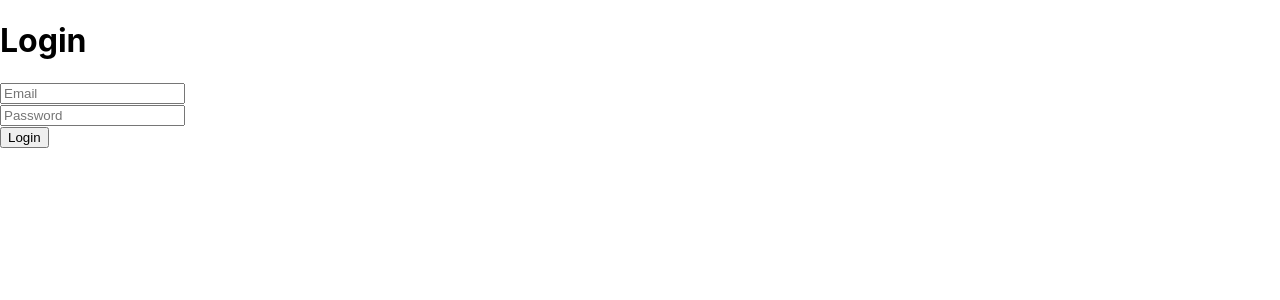
Repository: NikaMana/loft-taxi
Page: /
These files come from the project's save history. The page is drawn as it stood at one moment and after the next save; the edit follows.
The browser window is 1280 px wide. The pictures show the whole page.
The project was rebuilt for these pictures with package versions that can differ from the ones it lists, and the page was loaded fresh each time. Also part of the build but not shown: src/App.css, src/Map/Map.tsx, src/Profile/Profile.tsx, src/Nav/Nav.tsx.

Above is the page before, as saved 2019-10-29 11:59:09.

### src/App.tsx
import React from 'react';
import './App.css';
import Login from './Login';
import Map from './Map';
import Profile from './Profile';
import Nav from './Nav';

export interface AppProps {}

export interface AppState {}

class App extends React.Component<AppProps, AppState> {
  state = {
    path: 'login'
  }

  setPath = (path: string) => {
    this.setState({ path });
  };

  setComponent = () => {
    const { path } = this.state;
    switch (path) {
      case "map":
        return <Map />;
      case "profile":
        return <Profile />;

      default:
        return <Login />;
    }
  };

  render() {
    const { path } = this.state;
    return <div>
      {path !== "login" && <Nav setPath={this.setPath}></Nav>}
      <div>{this.setComponent()}</div>
    </div> ;
  }
}

export default App;

### src/Map/index.tsx
export {default} from './Map'

### src/Nav/index.tsx
export {default} from './Nav'

### src/Login/Login.tsx
import React from 'react';
import Nav from '../Nav';

export interface LoginProps {}

export interface LoginState {}

class Login extends React.Component<LoginProps, LoginState> {
  state = { }
  render() {

    return ( <div>
        <h1>Login</h1>
        <form>
          <div>
            <input type="email" name="email" placeholder="Email" />
          </div>
          <div>
            <input type="password" name="password" placeholder="Password" />
          </div>
          <button>Login</button>
        </form>
    </div> );
  }
}

export default Login;

Loaded but not shown: public/index.html (common file); src/index.tsx (common file); src/index.css (common file); src/serviceWorker.js (common file); src/Login/index.tsx (common file); src/Profile/index.tsx (common file)

After the next save:
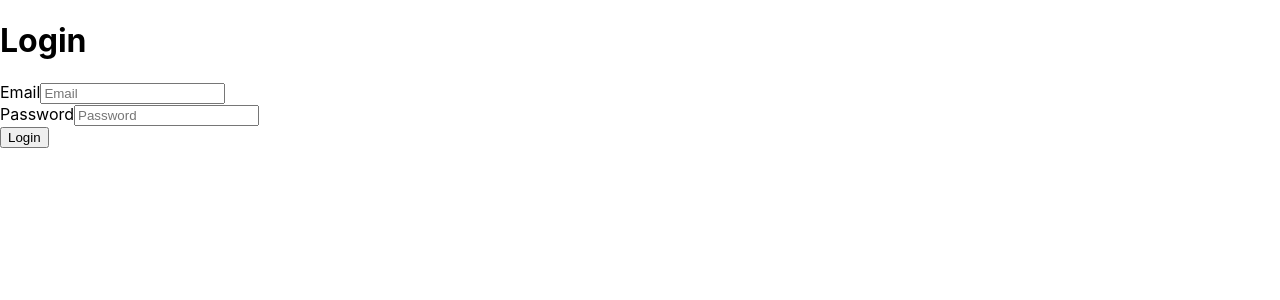
Saved 3 min 7 s later.
--- a/src/Login/Login.tsx
+++ b/src/Login/Login.tsx
@@ -13,10 +13,12 @@ class Login extends React.Component<LoginProps, LoginState> {
         <h1>Login</h1>
         <form>
           <div>
-            <input type="email" name="email" placeholder="Email" />
+            <label htmlFor="email">Email</label>
+            <input type="email" name="email" id="email" placeholder="Email" />
           </div>
           <div>
-            <input type="password" name="password" placeholder="Password" />
+            <label htmlFor="password">Password</label>
+            <input type="password" name="password" id="password" placeholder="Password" />
           </div>
           <button>Login</button>
         </form>
